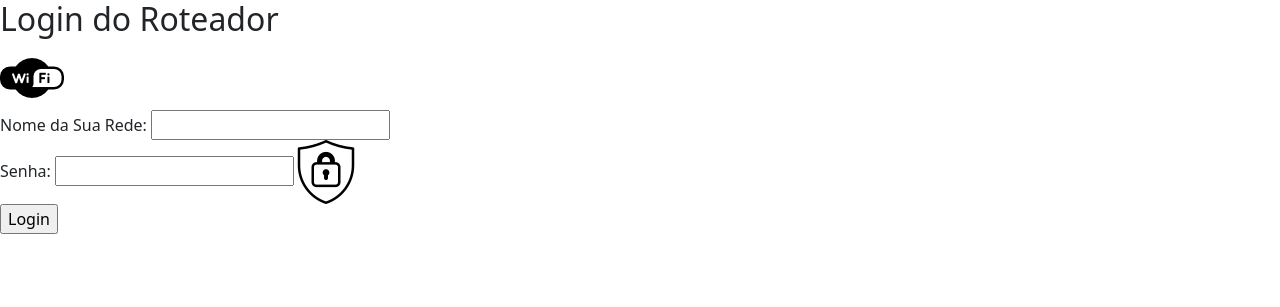
Repository: alfredo-allan/wifi-acesso-seguro.com
Page: index.html
These files come from the project's save history. The page is drawn as it stood at one moment and after a run of saves; the edit follows.
The browser window is 1280 px wide. The pictures show the whole page.

Above is the page before, as saved 2024-07-27 18:33:54.
Not found: script.js

After the next 4 saves:
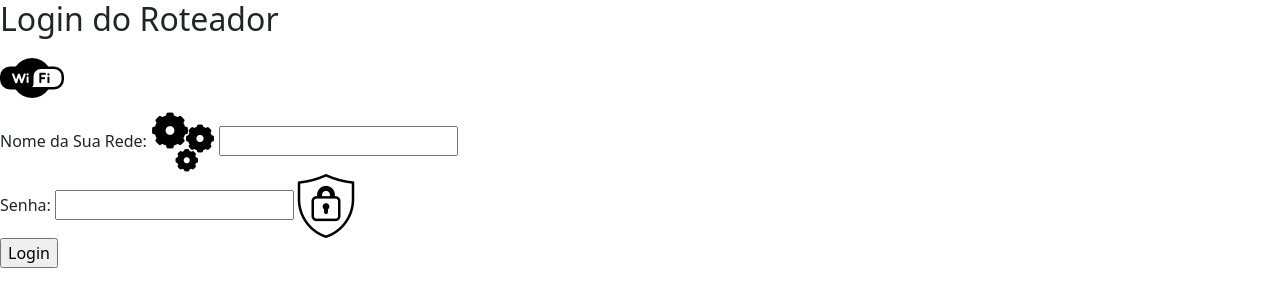
The 4 saves are shown as one change because they came seconds apart.
The last was saved 27 s later.
--- a/index.html
+++ b/index.html
@@ -18,6 +18,7 @@
     <img src="./img/sinal-wifi.png" alt="" />
     <form>
       <label for="ssid">Nome da Sua Rede:</label>
+			<img src="./img/engrenagem.png" alt="">
       <input type="text" id="ssid" name="ssid" required /><br />
       <label for="password">Senha:</label>
       <input type="password" id="password" name="password" required /><img
